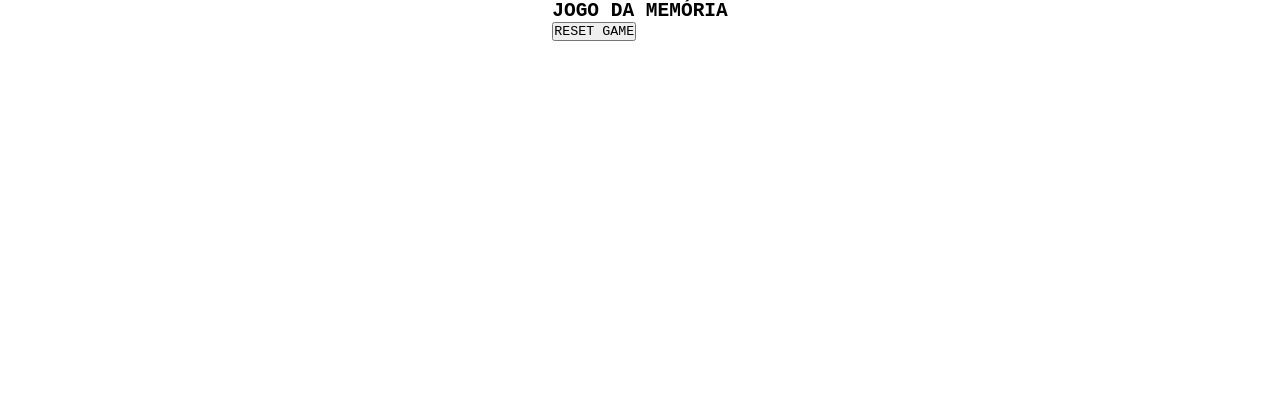
Repository: gustavotwist/memory-game
Page: index.html
The author's editor kept a copy of each file at every save. The page is drawn from the files as they stood at one save, then again after a run of saves.
The browser window is 1280 px wide. The pictures show the whole page.

Above is the page before, as saved 2024-10-14 21:47:41.

### index.html
<!DOCTYPE html>
<html lang="pt-br">
<head>
    <meta charset="UTF-8">
    <meta name="viewport" content="width=device-width, initial-scale=1.0">
    <title>Jogo Da Memória</title>
    <link rel="stylesheet" href="./src/styles/reset.css">
    <link rel="stylesheet" href="./src/styles/main.css">
</head>
<body>
    <div class="container">
        <h2>JOGO DA MEMÓRIA</h2>
        <div class="game"></div>
        <button class="reset"
        onclick="window.location.reload()"
        >RESET GAME</button>
    </div>


    <script src="./src/scripts/engine.js" defer></script>
</body>
</html>

### src/styles/main.css
body {
    display: flex;
    justify-content: center;
    align-items: center;
    min-height
}

Loaded but not shown: src/styles/reset.css (common file); src/scripts/engine.js (no copy from this time; the picture is the same without it)

After the next 4 saves:
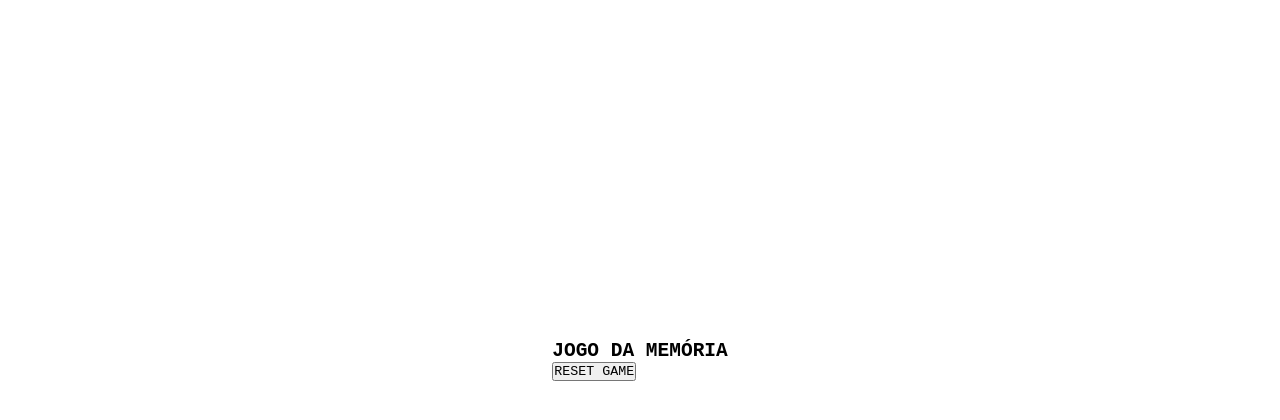
The 4 saves are shown as one change because they came seconds apart.
The last was saved 14 s later.
--- a/src/styles/main.css
+++ b/src/styles/main.css
@@ -2,5 +2,5 @@ body {
     display: flex;
     justify-content: center;
     align-items: center;
-    min-height
+    min-height: 100vh;
 }
